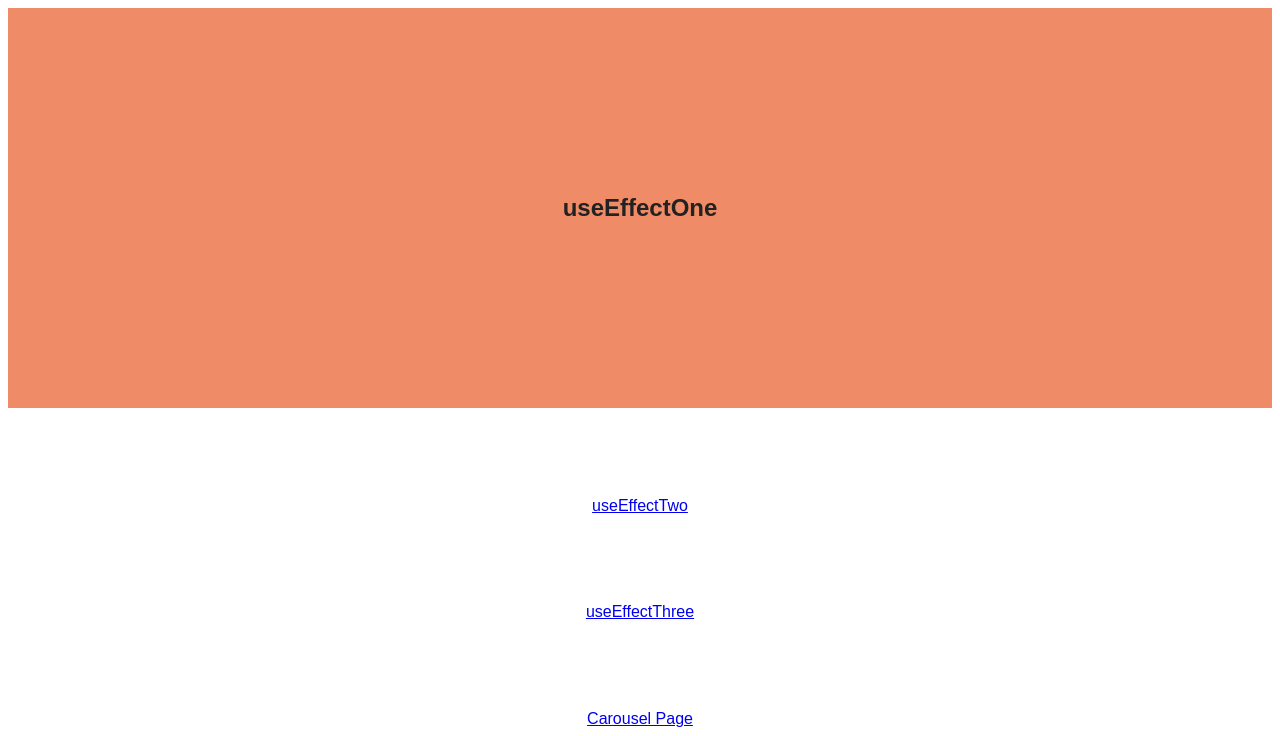
Repository: giovanabirck/class8
Page: /
An editor plug-in stored every save of this project. The page is shown before and after the next save, followed by the edit.
The browser window is 1280 px wide. The pictures show the whole page.
The project was rebuilt for these pictures with package versions that can differ from the ones it lists, and the page was loaded fresh each time. The framework's server and built-in components were replaced by stand-ins that run in the browser. Also part of the build but not shown: next.config.js.

Above is the page before, as saved 2023-02-23 17:53:19.

### pages/index.js
import Head from 'next/head'
import styles from '@/styles/Home.module.css'
import Link from 'next/link'


export default function Home() {
  return (
    <>
      <Head>
        <title>Create Next App</title>
        <meta name="description" content="Generated by create next app" />
        <meta name="viewport" content="width=device-width, initial-scale=1" />
        <link rel="icon" href="/favicon.ico" />
      </Head>
      <main className={styles.main}>
        <div className={styles.effect_one}>
          <Link href="/useEffectOne">
            <button className={styles.btn}>useEffectOne</button>
          </Link>
        </div>
        <div className={styles.effect_two}>
          <Link href="/useEffectTwo">useEffectTwo</Link>
        </div>
        <div className={styles.effect_three}>
          <Link href="/useEffectThree">useEffectThree</Link>
        </div>
        <div className={styles.carousel}>
          <Link href="/carouselPage">Carousel Page</Link>
        </div>
      </main>
    </>
  )
}

### styles/globals.css
:root {
  --blue: #95CDF9;
  --green: #C3E0CF;
  --orange: #EF8B66;
  --white: #f4f9fd;
  --black: #222222;
  }

### styles/Home.module.css
.main {
  display: flex;
  flex-direction: column;
  justify-content: space-between;
  align-items: center;
  padding: 0rem;
  min-height: 100vh;
  font-family: Arial, Helvetica, sans-serif;
}

.effect_one {
  background-color: var(--orange);
  width: 100%;
  height: 25rem;
  margin: 0rem;
  display: flex;
  justify-content: center;
  align-items: center;
}

.btn {
  font-weight: 900;
  font-size: 1.5rem;
  padding: 1rem 2rem;
  border-radius: 0.5rem;
  border-style: none;
  background-color: var(--orange);
  color: var(--black);
}

Loaded but not shown: pages/_app.js (common file); pages/_document.js (common file)

After the next save:
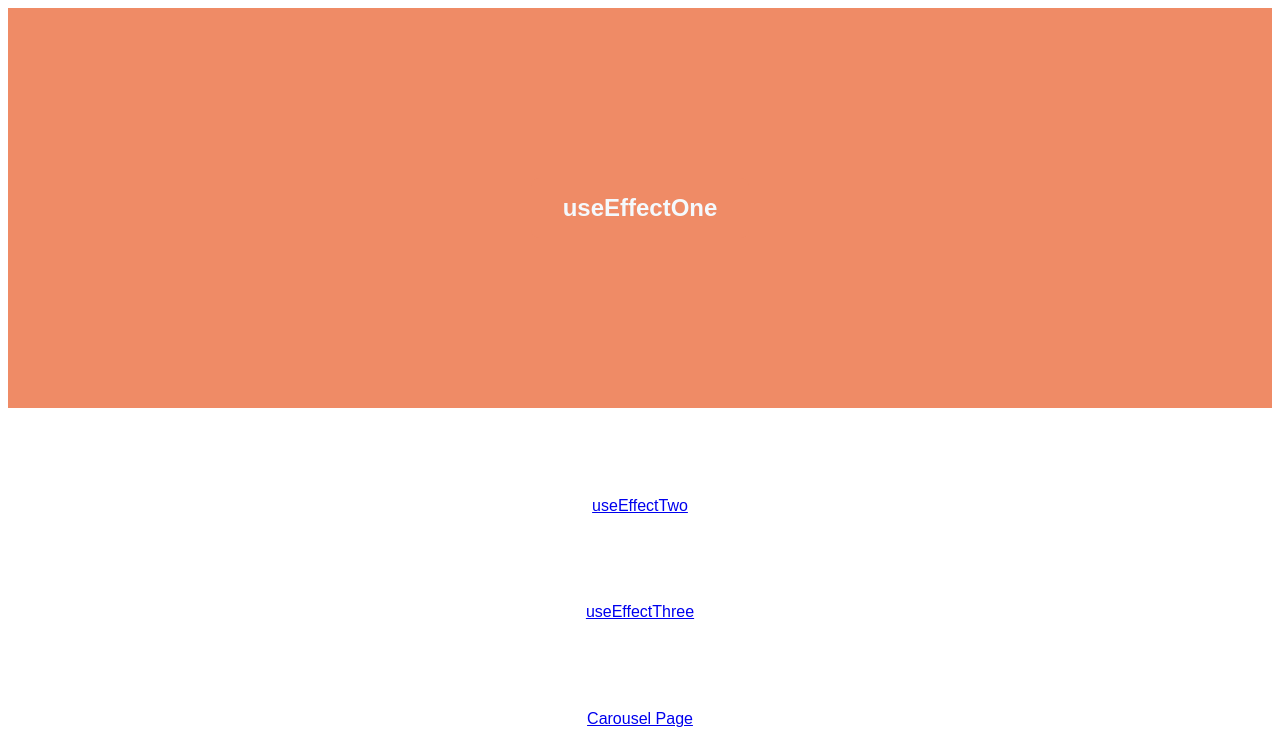
Saved 4 s later.
--- a/styles/Home.module.css
+++ b/styles/Home.module.css
@@ -25,5 +25,5 @@
   border-radius: 0.5rem;
   border-style: none;
   background-color: var(--orange);
-  color: var(--black);
+  color: var(--white);
 }
